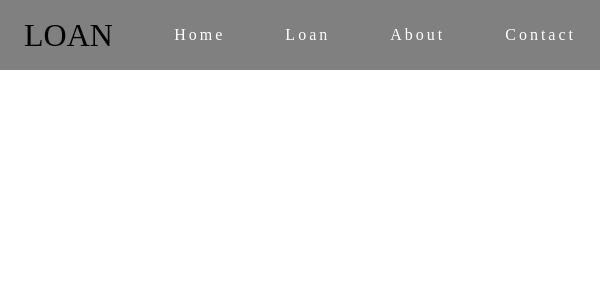
Repository: Tobby004/basic-loanweb
Page: nav.html
An editor plug-in stored every save of this project. The page is shown before and after the next save, followed by the edit.
The browser window is 600 px wide. The pictures show the whole page.

Above is the page before, as saved 2023-07-07 03:20:01.

### nav.html
<!DOCTYPE html>
<html lang="en">
<head>
    <meta charset="UTF-8">
    <meta http-equiv="X-UA-Compatible" content="IE=edge">
    <meta name="viewport" content="width=device-width, initial-scale=1.0">
    <title>Document</title>
    <link rel="stylesheet" href="nav.css">
</head>
<body>
    <header>
        <nav class="navbar">
            <div class="logo">LOAN</div>
            <ul class="nav-menu">
                <li class="nav-item">
                    <a href="#" class="nav-link">Home</a>
                </li>
                <li class="nav-item">
                    <a href="#" class="nav-link">Loan</a>
                </li>
                <li class="nav-item">
                    <a href="#" class="nav-link">About</a>
                </li>
                <li class="nav-item">
                    <a href="#" class="nav-link">Contact</a>
                </li>
            </ul>
            <div class="burger">
                <span class="bar"></span>
                <span class="bar"></span>
                <span class="bar"></span>
            </div>
        </nav>
    </header>
</body>
</html>

### nav.css
* {
    padding: 0;
    margin: 0;
    box-sizing: border-box;
}
header {
    background-color: gray;
}
li {
    list-style: none;
}
a {
    color: white;
    text-decoration: none;
}
.navbar {
    min-height: 70px;
    display: flex;
    justify-content: space-between;
    align-items: center;
    padding: 0 24px;
}
.nav-menu {
    display: flex;
    justify-content: space-between;
    align-items: center;
    gap: 60px;
    letter-spacing: 3px;
}
.logo {
    font-size: 2rem;
}
.nav-link{
    transition: 0.7s ease;
}
.nav-link:hover {
    color: blueviolet;
}
.burger {
    display: none;
    cursor: pointer;
}
.bar{
    display: block;
    width: 25px;
}

After the next save:
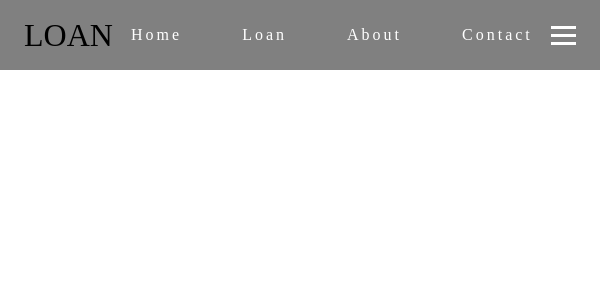
Saved 8 min 39 s later.
--- a/nav.css
+++ b/nav.css
@@ -43,4 +43,15 @@
 .bar{
     display: block;
     width: 25px;
+    height: 3px;
+    margin: 5px auto;
+    -webkit-transition: all 0.3s ease-in-out;
+    transition: all 0.3s ease-in-out;
+    background: white;
 }
+@media(max-width:767px) {
+    .burger {
+        display: block;
+    }
+
+}
